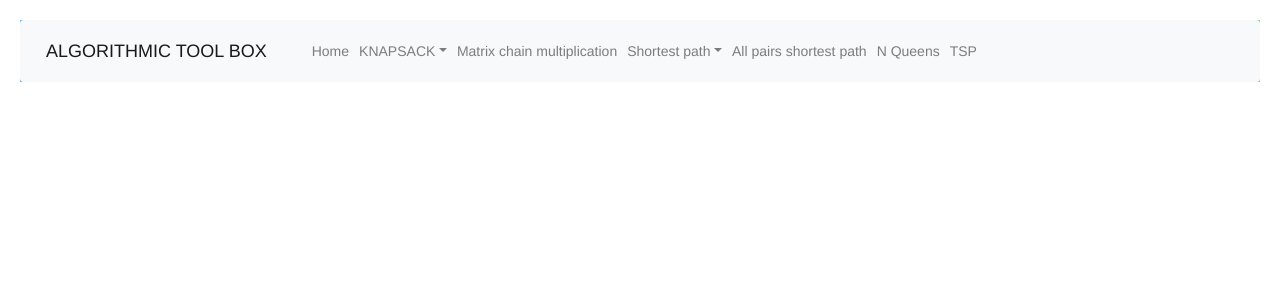
Repository: vinaybabu3962/ALGORITHMIC-TOOLBOX
Page: DAA_WT/webapp/index.html
These files come from the project's save history. The page is drawn as it stood at one moment and after the next save; the edit follows.
The browser window is 1280 px wide. The pictures show the whole page.
Some web libraries are served in a nearby version.

Above is the page before, as saved 2021-07-06 14:35:27.

After the next save:
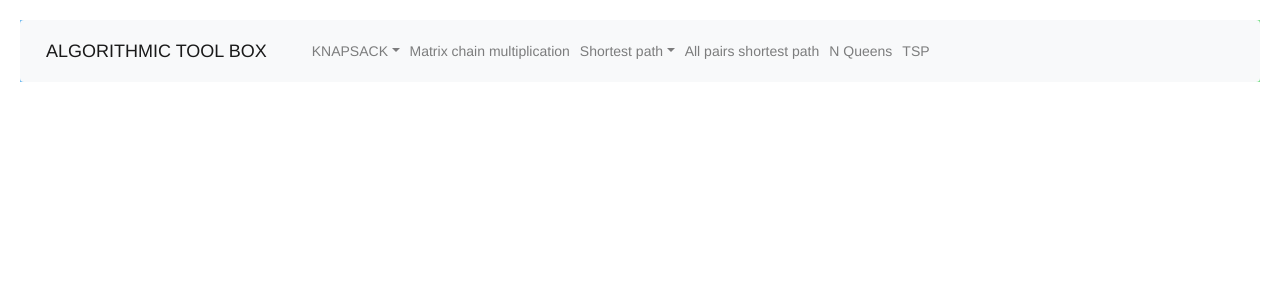
Saved 51 s later.
--- a/DAA_WT/webapp/index.html
+++ b/DAA_WT/webapp/index.html
@@ -26,9 +26,7 @@
         </button>
         <div id="navbarCollapse" class="collapse navbar-collapse">
             <ul class="nav navbar-nav">
-                <li class="nav-item">
-                    <a href="#" class="nav-link">Home</a>
-                </li>
+
 
                 <li class="nav-item dropdown">
                     <a href="#" class="nav-link dropdown-toggle" data-toggle="dropdown">KNAPSACK</a>
